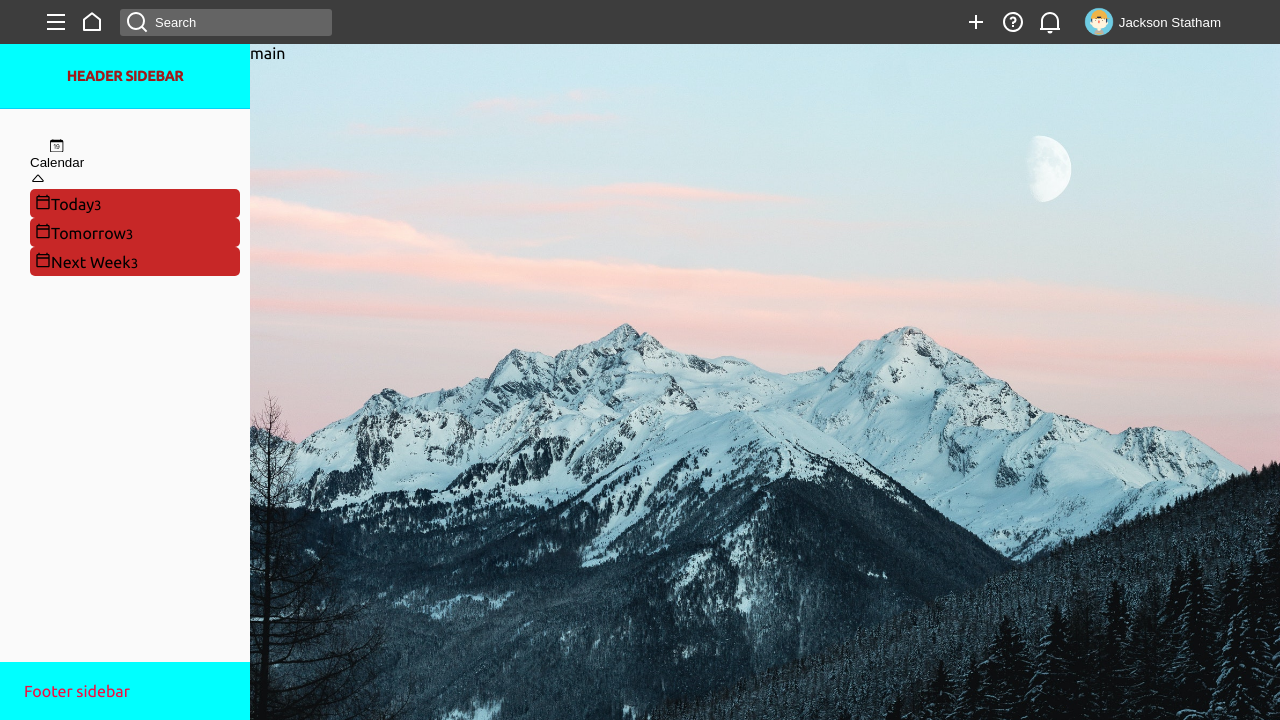
Repository: huuthe1999/to-do-list
Page: /
The author's editor kept a copy of each file at every save. The page is drawn from the files as they stood at one save, then again after the next save.
The browser window is 1280 px wide. The pictures show the whole page.
The project was rebuilt for these pictures with package versions that can differ from the ones it lists, and the page was loaded fresh each time. Also part of the build but not shown: src/components/form/addForm/addForm.scss, src/components/form/addForm/AddForm.js, src/components/modal/modal.scss, src/components/modal/Modal.js.

Above is the page before, as saved 2022-02-17 14:04:39.

### public/index.html
<!DOCTYPE html>
<html lang="en">
	<head>
		<meta charset="utf-8" />
		<link rel="icon" href="%PUBLIC_URL%/favicon.ico" />
		<meta name="viewport" content="width=device-width, initial-scale=1" />
		<meta name="theme-color" content="#000000" />
		<meta
			name="description"
			content="Web site created using create-react-app"
		/>
		<link rel="apple-touch-icon" href="%PUBLIC_URL%/logo192.png" />
		<!--
      manifest.json provides metadata used when your web app is installed on a
      user's mobile device or desktop. See https://developers.google.com/web/fundamentals/web-app-manifest/
    -->
		<link rel="manifest" href="%PUBLIC_URL%/manifest.json" />
		<!--
      Notice the use of %PUBLIC_URL% in the tags above.
      It will be replaced with the URL of the `public` folder during the build.
      Only files inside the `public` folder can be referenced from the HTML.

      Unlike "/favicon.ico" or "favicon.ico", "%PUBLIC_URL%/favicon.ico" will
      work correctly both with client-side routing and a non-root public URL.
      Learn how to configure a non-root public URL by running `npm run build`.
    -->
		<title>React Redux App</title>
	</head>
	<body>
		<noscript>You need to enable JavaScript to run this app.</noscript>
		<div id="modal"></div>
		<div id="root"></div>
		<!--
      This HTML file is a template.
      If you open it directly in the browser, you will see an empty page.

      You can add webfonts, meta tags, or analytics to this file.
      The build step will place the bundled scripts into the <body> tag.

      To begin the development, run `npm start` or `yarn start`.
      To create a production bundle, use `npm run build` or `yarn build`.
    --></body>
</html>

### src/index.js
import React from 'react';
import ReactDOM from 'react-dom';
import { Provider } from 'react-redux';
import App from './App';
import { store } from './app/store';

ReactDOM.render(
	<React.StrictMode>
		<Provider store={store}>
			<App />
		</Provider>
	</React.StrictMode>,
	document.getElementById('root'),
);

### src/App.js
import React from 'react';
// import { Counter } from './features/counter/Counter';
import './App.scss';
import Main from './components/main/Main';
import SideBar from './components/sideBar/SideBar';
import TopBar from './components/topBar/TopBar';
function App() {
	return (
		<div className='app'>
			<TopBar />
			<div className='container'>
				<SideBar />
				<Main />
			</div>
		</div>
	);
}

export default App;

### src/App.scss
@import url('https://fonts.googleapis.com/css2?family=Ubuntu:wght@300;400;500&display=swap');
*,
*::before,
*::after {
	margin: 0;
	padding: 0;
	box-sizing: border-box;
}

:root {
	--icon-color: #fff;
	--icon-size: 40px;

	--bg: rgb(53, 42, 42);
	--bg-input: hsla(0, 0%, 100%, 0.2);
	// Header
	--hd-text-color: #ffffff;
	--hd-icon-color-hover: #202020;
}

.app {
	font-family: 'Ubuntu', sans-serif;
	font-size: 16px;
	width: 100vw;
	height: 100vh;
	background-color: var(--bg);
	overflow: hidden;
}

.container {
	display: flex;
	height: calc(100% - 44px);
}

button {
	border: none;
	outline: none;
	cursor: pointer;
	background-color: transparent;
}

a {
	text-decoration: none;
}

ul {
	list-style-type: none;
}

### src/components/main/Main.js
import './main.scss';

const Main = () => {
	return <div className='main'>main</div>;
};

export default Main;

### src/components/sideBar/SideBar.js
import Calendar from '../calendar/Calendar';
import './sideBar.scss';

const SideBar = () => {
	return (
		<div className='sidebar'>
			<div className='sidebar__inner'>
				<div className='sidebar__layout'>
					<div className='sidebar__layout-header'>
						<p>Header sidebar</p>
					</div>
					<div className='sidebar__layout-content'>
						<Calendar />
					</div>
					<div className='sidebar__layout-footer'>Footer sidebar</div>
				</div>
			</div>
		</div>
	);
};

export default SideBar;

### src/components/topBar/TopBar.js
import { useState } from 'react';
import {
	RiAddLine,
	RiHomeLine,
	RiMenuLine,
	RiNotification2Line,
	RiQuestionLine,
	RiSearchLine,
} from 'react-icons/ri';
import Avatar from '../../assets/images/avatar.png';
import AddForm from '../form/addForm/AddForm';
import Modal from '../modal/Modal';
import './topbar.scss';
const TopBar = () => {
	const [modal, setShowModal] = useState(false);
	return (
		<header className='topbar'>
			<div className='topbar__inner'>
				<div className='topbar__inner-leftControl'>
					<button className='topbar__button leftControl'>
						<RiMenuLine className='topbar__button-icon' />
					</button>

					<button className='topbar__button leftControl'>
						<RiHomeLine className='topbar__button-icon' />
					</button>
					<div className='topbar__inner-leftControl-search'>
						<RiSearchLine className='topbar__button-icon topbar__button-icon-search' />
						<input type='text' placeholder='Search' />
					</div>
				</div>
				<div className='topbar__inner-rightControl'>
					<Modal showModal={modal} setShowModal={setShowModal}>
						<AddForm setShowModal={setShowModal} />
					</Modal>
					<button className='topbar__button rightControl'>
						<RiAddLine
							className='topbar__button-icon'
							onClick={() => setShowModal(true)}
						/>
					</button>
					<button className='topbar__button rightControl'>
						<RiQuestionLine className='topbar__button-icon' />
					</button>
					<button className='topbar__button rightControl'>
						<RiNotification2Line className='topbar__button-icon' />
					</button>
					<button className='topbar__button info'>
						<img src={Avatar} alt='avatar' />
						<p>Jackson Statham</p>
					</button>
				</div>
			</div>
		</header>
	);
};

export default TopBar;

### src/features/counter/counterSlice.js
import { createAsyncThunk, createSlice } from '@reduxjs/toolkit';
import { fetchCount } from './counterAPI';

const initialState = {
  value: 0,
  status: 'idle',
};

// The function below is called a thunk and allows us to perform async logic. It
// can be dispatched like a regular action: `dispatch(incrementAsync(10))`. This
// will call the thunk with the `dispatch` function as the first argument. Async
// code can then be executed and other actions can be dispatched. Thunks are
// typically used to make async requests.
export const incrementAsync = createAsyncThunk(
  'counter/fetchCount',
  async (amount) => {
    const response = await fetchCount(amount);
    // The value we return becomes the `fulfilled` action payload
    return response.data;
  }
);

export const counterSlice = createSlice({
  name: 'counter',
  initialState,
  // The `reducers` field lets us define reducers and generate associated actions
  reducers: {
    increment: (state) => {
      // Redux Toolkit allows us to write "mutating" logic in reducers. It
      // doesn't actually mutate the state because it uses the Immer library,
      // which detects changes to a "draft state" and produces a brand new
      // immutable state based off those changes
      state.value += 1;
    },
    decrement: (state) => {
      state.value -= 1;
    },
    // Use the PayloadAction type to declare the contents of `action.payload`
    incrementByAmount: (state, action) => {
      state.value += action.payload;
    },
  },
  // The `extraReducers` field lets the slice handle actions defined elsewhere,
  // including actions generated by createAsyncThunk or in other slices.
  extraReducers: (builder) => {
    builder
      .addCase(incrementAsync.pending, (state) => {
        state.status = 'loading';
      })
      .addCase(incrementAsync.fulfilled, (state, action) => {
        state.status = 'idle';
        state.value += action.payload;
      });
  },
});

export const { increment, decrement, incrementByAmount } = counterSlice.actions;

// The function below is called a selector and allows us to select a value from
// the state. Selectors can also be defined inline where they're used instead of
// in the slice file. For example: `useSelector((state: RootState) => state.counter.value)`
export const selectCount = (state) => state.counter.value;

// We can also write thunks by hand, which may contain both sync and async logic.
// Here's an example of conditionally dispatching actions based on current state.
export const incrementIfOdd = (amount) => (dispatch, getState) => {
  const currentValue = selectCount(getState());
  if (currentValue % 2 === 1) {
    dispatch(incrementByAmount(amount));
  }
};

export default counterSlice.reducer;

### src/components/main/main.scss
.main {
	width: 100%;
	height: 100%;
	background-image: url(../../assets/images/bg_main.jpg);
	background-repeat: no-repeat;
	background-size: cover;
	overflow-y: auto;
}

### src/components/calendar/Calendar.js
import React from 'react';
import { BsCalendarDate, BsCaretUp } from 'react-icons/bs';
import CalendarItem from './calendarItem/CalendarItem';

const calendarList = [
	{ id: 1, name: 'Today' },
	{ id: 2, name: 'Tomorrow' },
	{ id: 3, name: 'Next Week' },
];
const Calendar = () => {
	return (
		<div className='calendar'>
			<div className='calendar__header'>
				<button className='calendar__header--title'>
					<BsCalendarDate />
					<p>Calendar</p>
				</button>
				<div className='calendar__header--expand'>
					<span>
						<BsCaretUp />
					</span>
				</div>
			</div>
			<div className='calendar__content'>
				<div className='calendar__content--wrapper'>
					<div className='calendar__content--wrapper--inner'>
						<ul className='calendar__content--list'>
							{calendarList.map(({ id, name }) => (
								<CalendarItem key={id} name={name} />
							))}
						</ul>
					</div>
				</div>
			</div>
		</div>
	);
};

export default Calendar;

### src/components/sideBar/sideBar.scss
.sidebar {
	position: relative;
	z-index: 109;
	height: 100%;
	background-color: aqua;
	min-width: 250px;
	width: 300px;
	transition: all 0.3s cubic-bezier(0.4, 0, 0.2, 1);

	&__inner {
		height: 100%;
		position: relative;
		z-index: 101;
	}

	&__layout {
		height: 100%;
		overflow-y: auto;
		overflow-x: hidden;
		display: flex;
		flex-direction: column;
		position: relative;
		z-index: 101;

		&-header {
			border-bottom: 1px solid rgba(8, 41, 228, 0.2);

			p {
				text-align: center;
				color: rgb(160, 25, 25);
				padding: 24px;
				font-weight: bold;
				font-size: 14px;
				text-transform: uppercase;
			}
		}

		&-content {
			flex-grow: 1;
			padding: 30px 10px 30px 30px;
			background-color: #fafafa;
		}

		&-footer {
			padding: 20px 24px;
			color: rgb(245, 12, 62);
		}
	}
}

### src/components/topBar/topbar.scss
.topbar {
	display: flex;
	justify-content: center;
	align-items: center;
	background-color: #3d3d3d;
	flex-shrink: 0;
	padding: 0px 42px;
	font-size: 13px;
	color: #202020;
	height: 44px;

	&__inner {
		display: flex;
		justify-content: space-between;
		background-color: transparent;
		width: 100%;
		height: 100%;

		&-leftControl {
			display: flex;
			align-items: center;
			justify-content: flex-start;

			&-search {
				display: flex;
				align-items: center;
				position: relative;
				margin-left: 6px;

				&:hover {
					input {
						background-color: var(--hd-text-color);
						&::placeholder {
							color: var(--hd-icon-color-hover);
						}
					}
					* {
						color: var(--hd-icon-color-hover);
					}
				}

				input {
					font-size: 13px;
					color: var(--hd-text-color);
					background-color: var(--bg-input);
					outline: 0;
					border-radius: 3px;
					border: 1px solid transparent;
					padding: 5px 0 5px 34px;
					transition: all 0.15s cubic-bezier(0.4, 0, 0.2, 0.1);
					transition-property: background-color;

					&::placeholder {
						color: var(--hd-text-color);
					}
				}
			}
		}

		&-rightControl {
			display: flex;
			align-items: center;
			height: 44px;
			padding: 0px 12px;

			img {
				width: 100%;
				height: 100%;
			}
		}
	}

	&__button {
		display: flex;
		justify-content: center;
		align-items: center;
		border-radius: 3px;

		&:hover {
			background-color: var(--bg-input);
		}

		&.leftControl {
			height: 28px;
			min-width: 28px;
			margin-right: 8px;
		}

		&.rightControl {
			height: 32px;
			min-width: 32px;
			margin-left: 5px;
		}

		&.info {
			height: 100%;
			color: var(--hd-text-color);
			margin-left: 8px;
			padding: 0px 5px;
			img {
				width: 40px;
				height: 40px;
			}
		}
		&-icon {
			font-size: 24px;
			color: var(--icon-color);

			&-search {
				position: absolute;
				left: 5px;
				top: 50%;
				transform: translateY(-50%);
				color: var(--icon-color);
			}
		}
	}
}

### src/components/calendar/calendarItem/CalendarItem.js
import { MdOutlineCalendarToday } from 'react-icons/md';
import './calendarItem.scss';
const CalendarItem = ({ name }) => {
	return (
		<li className='calendar__content--item'>
			<span className='calendar__content--item-icon'>
				<MdOutlineCalendarToday />
			</span>
			<span className='calendar__content--item-content'>
				{name}
				<small>3</small>
			</span>
		</li>
	);
};

export default CalendarItem;

### src/components/calendar/calendarItem/calendarItem.scss
.calendar__content--item {
	border-radius: 5px;
	display: flex;
	align-items: center;
	padding: 5px 16px 5px 5px;
	cursor: pointer;
	background-color: rgb(199, 39, 39);
}

Loaded but not shown: src/app/store.js (common file); src/features/counter/counterAPI.js (common file)

After the next save:
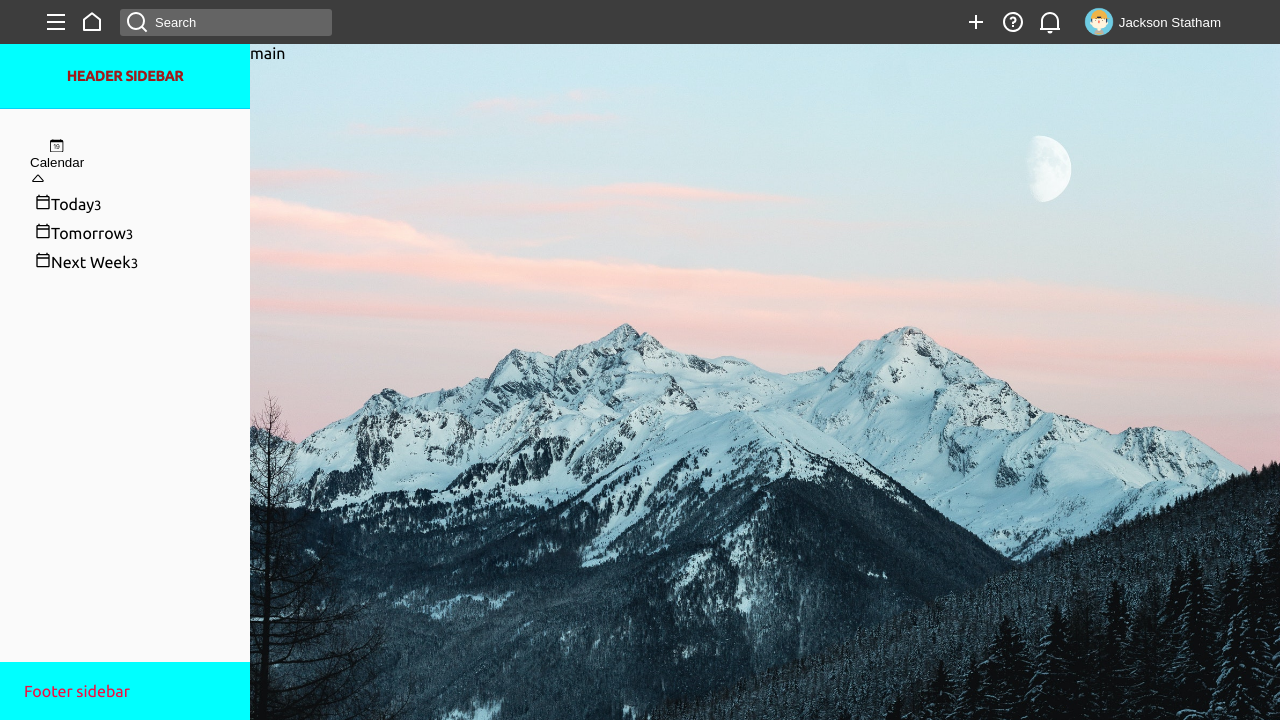
Saved 99 s later.
--- a/src/components/calendar/calendarItem/calendarItem.scss
+++ b/src/components/calendar/calendarItem/calendarItem.scss
@@ -4,5 +4,8 @@
 	align-items: center;
 	padding: 5px 16px 5px 5px;
 	cursor: pointer;
-	background-color: rgb(199, 39, 39);
+	background-color: transparent;
+
+	&:hover {
+	}
 }
